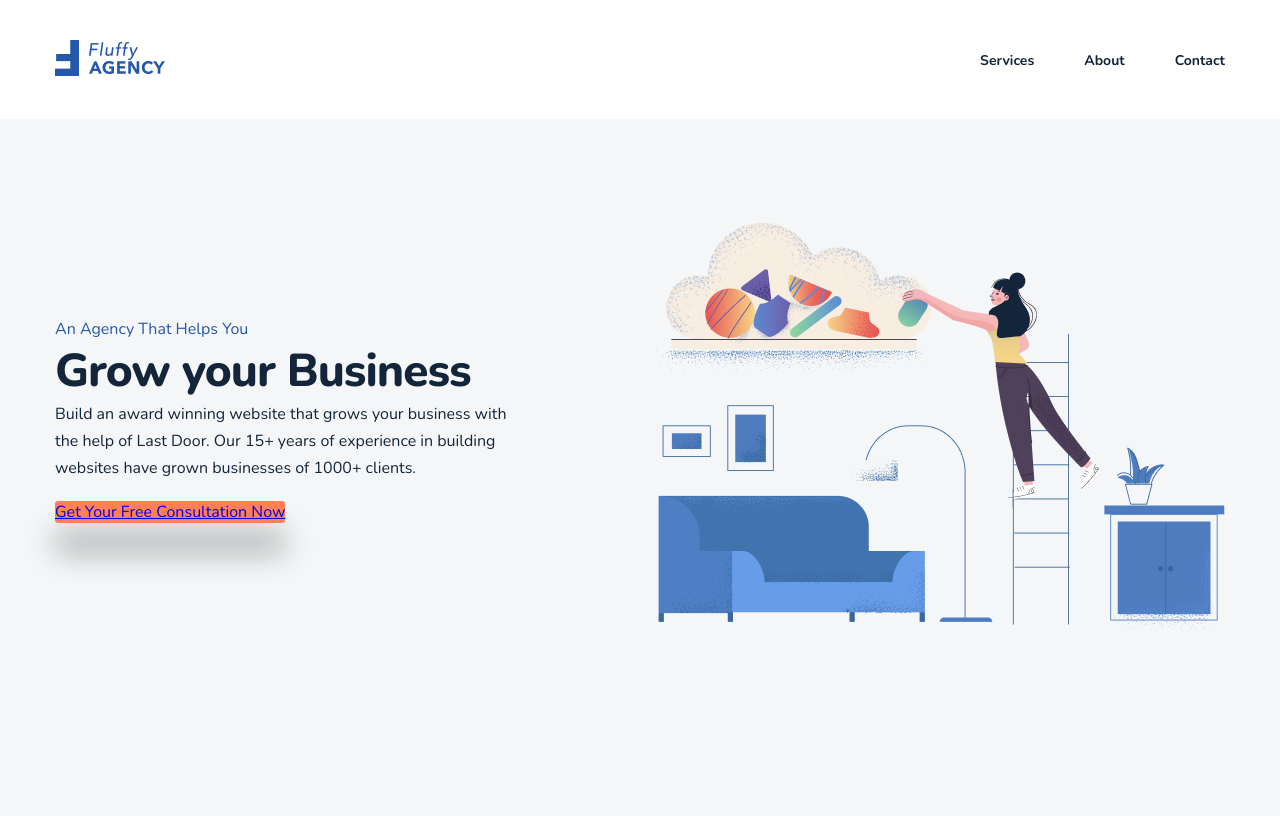
Repository: pixendrit/beetroot-fe-g1
Page: classwork/11 - Creating forms/fluffy-agency/index.html
These files come from the project's save history. The page is drawn as it stood at one moment and after the next save; the edit follows.
The browser window is 1280 px wide. The pictures show the whole page.

Above is the page before, as saved 2021-02-06 12:09:47.

### classwork/11 - Creating forms/fluffy-agency/index.html
<!DOCTYPE html>
<html lang="en">

<head>
  <meta charset="UTF-8">
  <meta http-equiv="X-UA-Compatible" content="IE=edge">
  <meta name="viewport" content="width=device-width, initial-scale=1.0">
  <link rel="preconnect" href="https://fonts.gstatic.com">
  <link href="https://fonts.googleapis.com/css2?family=Nunito:ital,wght@0,300;0,400;0,600;0,700;0,800;1,300;1,400;1,600;1,700;1,800&display=swap" rel="stylesheet">
  <link rel="stylesheet" href="./styles/style.css">
  <title>Fluffy Agency</title>
</head>

<body>
  <header class="main-header">
    <div class="container">
      <div class="flex-container">
        <a href="index.html" class="logo"><img src="./images/logo.png" alt="fluffy"></a>
        <nav class="main-nav">
          <ul>
            <li><a href="#">Services</a></li>
            <li><a href="#">About</a></li>
            <li><a href="#">Contact</a></li>
          </ul>
        </nav>
      </div>
    </div>
  </header>
  <main class="main-content">
    <section class="hero">
      <div class="container">
        <div class="flex-container">
          <div class="hero__text">
            <span>An Agency That Helps You</span>
            <h1>Grow your Business</h1>
            <p>Build an award winning website that grows your business with the help of Last Door. Our 15+ years of experience in building websites have grown businesses of 1000+
              clients.</p>
            <a href="#" class="btn">Get Your Free Consultation Now</a>
          </div>
          <div class="hero__image"><img src="./images/uploading-illustration.png" alt="uploading-illustration"></div>
        </div>
      </div>
    </section>
  </main>
  <footer class="main-footer"></footer>
</body>

</html>

### classwork/11 - Creating forms/fluffy-agency/styles/style.css
html, body, div, span, applet, object, iframe,
h1, h2, h3, h4, h5, h6, p, blockquote, pre,
a, abbr, acronym, address, big, cite, code,
del, dfn, em, img, ins, kbd, q, s, samp,
small, strike, strong, sub, sup, tt, var,
b, u, i, center,
dl, dt, dd, ol, ul, li,
fieldset, form, label, legend,
table, caption, tbody, tfoot, thead, tr, th, td,
article, aside, canvas, details, embed,
figure, figcaption, footer, header, hgroup,
menu, nav, output, ruby, section, summary,
time, mark, audio, video {
	margin: 0;
	padding: 0;
	border: 0;
	font-size: 100%;
	font: inherit;
	vertical-align: baseline;
}
/* HTML5 display-role reset for older browsers */
article, aside, details, figcaption, figure,
footer, header, hgroup, menu, nav, section {
	display: block;
}
body {
	line-height: 1;
}
ol, ul {
	list-style: none;
}
blockquote, q {
	quotes: none;
}
blockquote:before, blockquote:after,
q:before, q:after {
	content: '';
	content: none;
}
table {
	border-collapse: collapse;
	border-spacing: 0;
}
*,*:before,*:after {
  box-sizing: border-box;
}
/* ============================================ */

body {
 font-family: 'Nunito', sans-serif;
 color: #13253A;
 font-size: 16px;
}
.container {
  max-width: 1170px;
  width: 100%;
  margin: 0 auto;
}
.full-block {
  float: left;
  width: 100%;
}

/* HEADER */
.main-header {
  float: left;
  width: 100%;
  padding-top:40px;
  padding-bottom:40px;
}
.main-header .flex-container {
  width: 100%;
  display: flex;
  align-items: center;
  justify-content: space-between;
}
.main-nav li {
  margin-right:50px;
}
.main-nav li:last-child {
  margin-right: 0;
}
.main-nav a {
  text-decoration: none;
  font-size: 14px;
  font-weight: 700;
  color: #13253A;
}
.main-nav a:hover {
  color: #FF7F57;
}
.main-nav ul {
  display: inline-flex;
}
/* END HEADER */
/* HERO BANNER */
.hero {
  float: left;
  width: 100%;
  background: #F4F6F7;
  padding-top: 103px;
  padding-bottom: 178px;
}
.hero .flex-container {
  display: flex;
  justify-content: space-between;
  align-items: center;
}
.hero__image {
  flex-shrink: 0;
  flex-grow: 0;
}
.hero__text {
  padding-right:130px;
}
.hero span {
  float: left;
  width: 100%;
  font-size: 16px;
  line-height: 1.4em;
  color: #2557AB;
}
.hero h1 {
  font-size: 46px;
  line-height: 1.33em;
  letter-spacing: -1px;
  color: #13253A;
  font-weight: 800;
}
.hero p{
  font-size: 16px;
  line-height: 169%;
  color: #13253A;
}
.hero .btn {
  background: #FF7F57;
  box-shadow: 0px 30px 30px rgba(0, 0, 0, 0.3);
  border-radius: 3px;
  height: 60px;
  line-height: 60px;
  float: ;
}
/* END HERO BANNER */

After the next save:
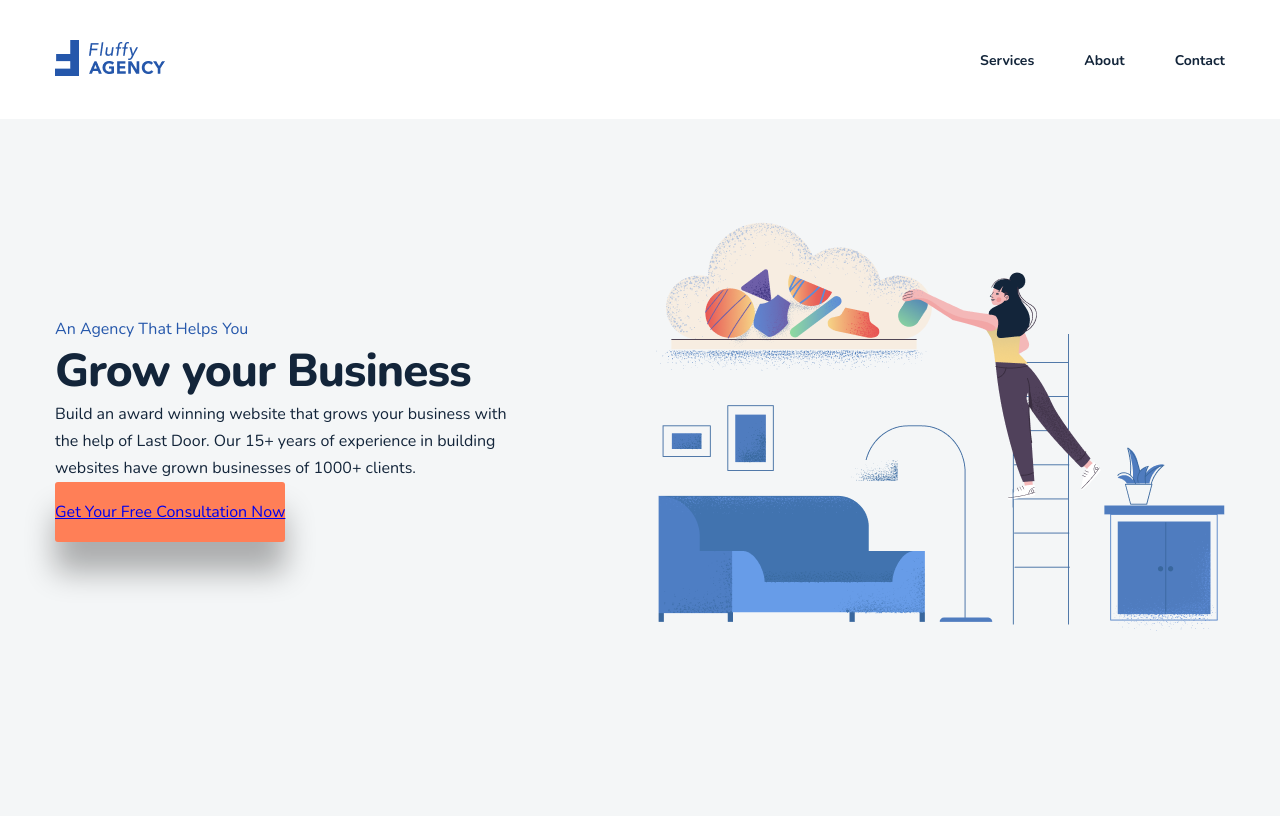
Saved 1 s later.
--- a/classwork/11 - Creating forms/fluffy-agency/styles/style.css
+++ b/classwork/11 - Creating forms/fluffy-agency/styles/style.css
@@ -138,6 +138,6 @@
   border-radius: 3px;
   height: 60px;
   line-height: 60px;
-  float: ;
+  float: left;
 }
 /* END HERO BANNER */
